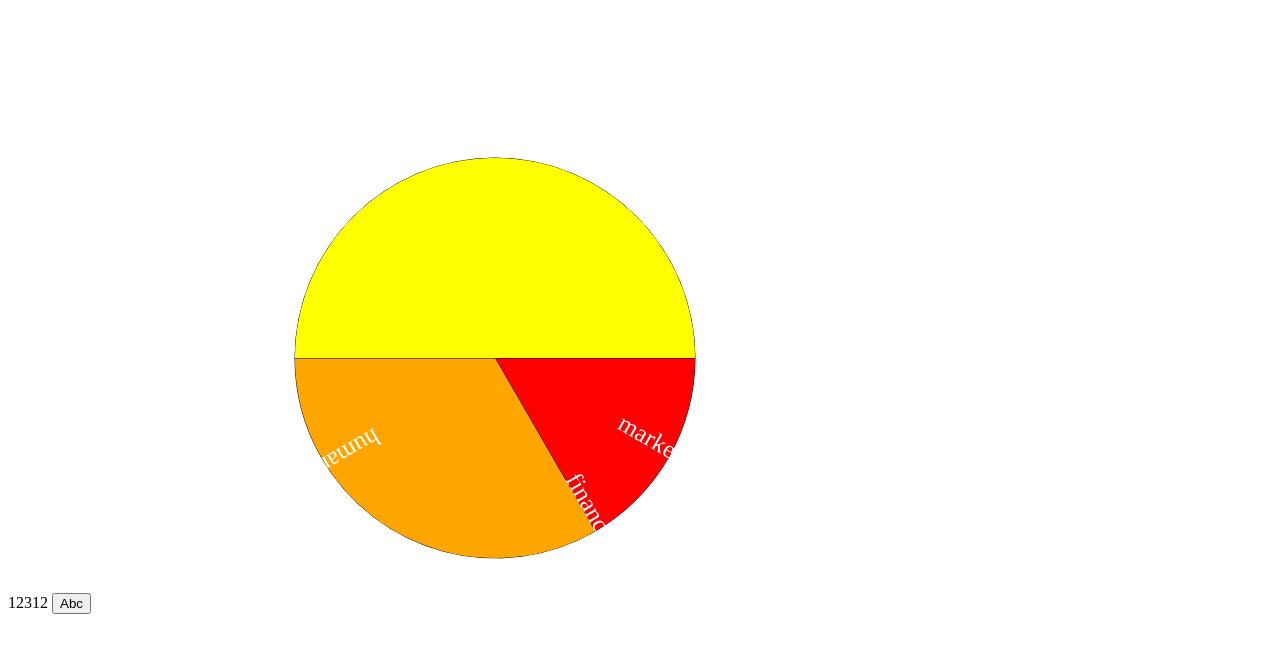
Repository: ycdtc/movie
Page: aaa/WebContent/index.html
An editor plug-in stored every save of this project. The page is shown before and after the next save, followed by the edit.
The browser window is 1280 px wide. The pictures show the whole page.
After loading, the first visible `#abc` was clicked once.

Above is the page before, as saved 2017-06-20 07:46:57.

After the next save:
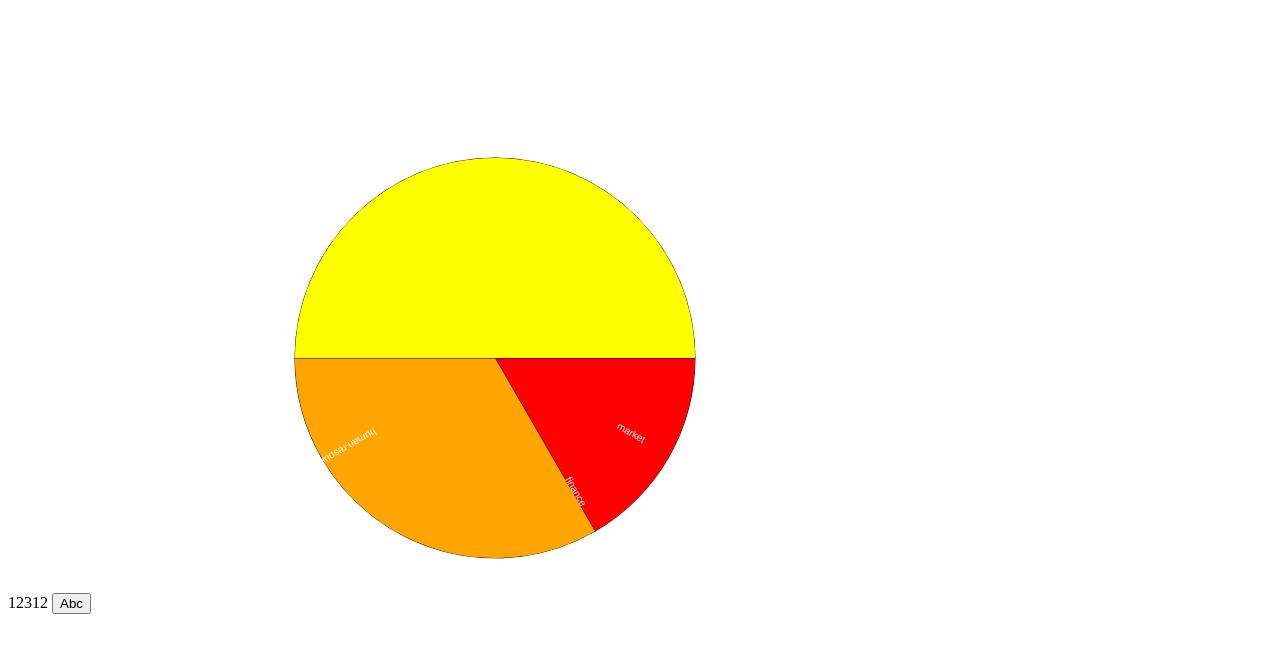
Saved 11 min 31 s later.
--- a/aaa/WebContent/javascript/base.js
+++ b/aaa/WebContent/javascript/base.js
@@ -39,8 +39,9 @@ function drawPie(chart,value,name){
 		start = end;
 		end += value[i]/sum * 2 * Math.PI;
 		ctx.rotate((start+end)/2);
-		ctx.font = "25px scans-serif";
+		//ctx.font = "25px scans-serif";
 		ctx.fillStyle = "white";
 		ctx.fillText(name[i], 140 , 0);
 	}
+	ctx.rotate(-Math.PI/6);
 }
